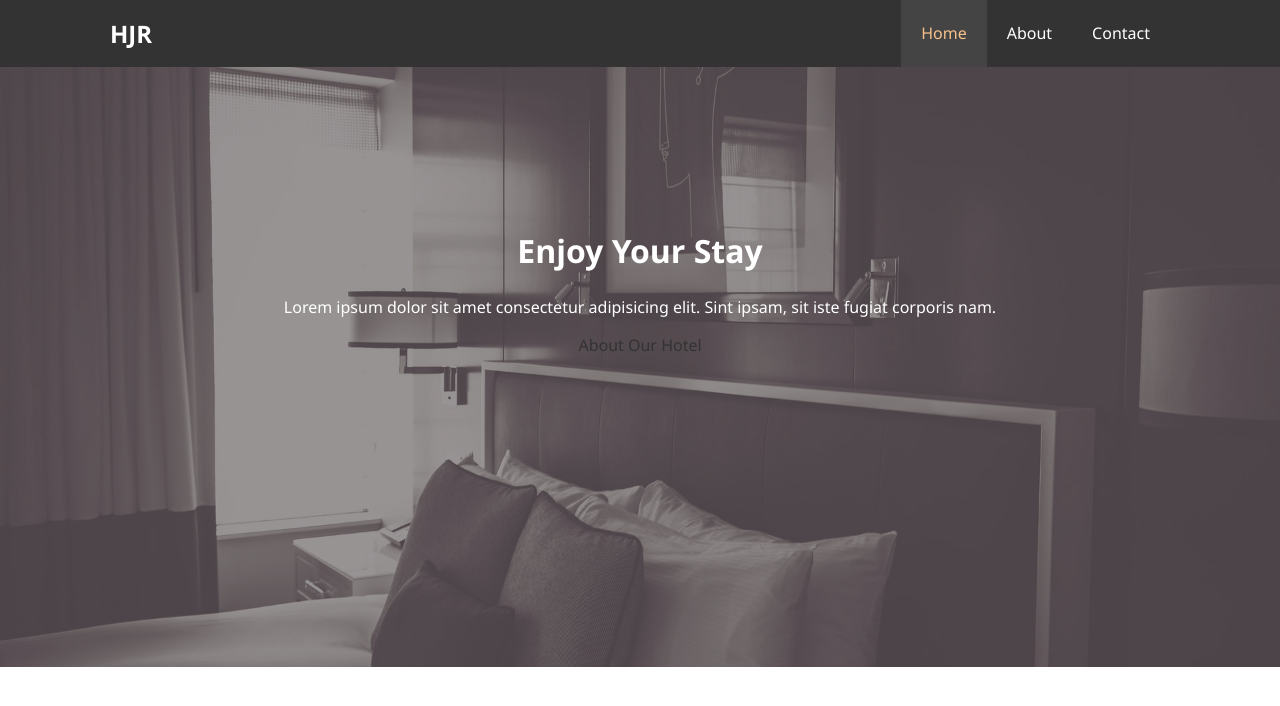
Repository: dimlutine/Hotel-Project
Page: index.html
The author's editor kept a copy of each file at every save. The page is drawn from the files as they stood at one save, then again after the next save.
The browser window is 1280 px wide. The pictures show the whole page.

Above is the page before, as saved 2019-07-05 21:51:35.

### index.html
<!DOCTYPE html>
<html lang="en">

<head>
    <meta charset="UTF-8">
    <meta name="viewport" content="width=device-width, initial-scale=1.0">
    <meta http-equiv="X-UA-Compatible" content="ie=edge">
    <meta name="description" content="Welcome to the neatest hotel in Durham, North Carolina!">
    <meta name="keywords" content="hotel,durham hotel, north carolina hotel, rdu hotel">
    <link rel="stylesheet" href="css/style.css">
    <title>Hotel JR | Durham Hotel</title>
</head>

<body>
    <header>
        <nav id="navbar">
            <div class="container">
                <h1 class="logo"><a href="index.html">HJR</a></h1>
                <ul>
                    <li><a class="current" href="index.html">Home</a></li>
                    <li><a href="about.html">About</a></li>
                    <li><a href="contact.html">Contact</a></li>
                </ul>
            </div>

        </nav>
        <div id="showcase">
            <div class="container">
                <div class="showcase-content">
                    <h1>
                        <span class="text-primary">Enjoy</span> Your Stay
                    </h1>
                    <p class="lead">Lorem ipsum dolor sit amet consectetur adipisicing elit. Sint ipsam, sit iste fugiat corporis nam.</p>
                    <a class="btn" href="about.html">About Our Hotel</a>
                </div>
            </div>
        </div>
    </header>
</body>

</html>

### css/style.css
* {
    padding: 0;
    margin: 0;
    box-sizing: border-box;
}

html,
body {
    font-family: 'Segoe UI', 'Segoe UI', Tahoma, Geneva, Verdana, sans-serif;
    line-height: 1.7em;
}

a {
    color: #333;
    text-decoration: none;
}

h1,
h2,
h3 {
    padding-bottom: 20px;
}

p {
    margin: 10px 0;
}

.container {
    margin: auto;
    max-width: 1100px;
    overflow: auto;
    padding: 0 20px;
}

#navbar {
    background: #333;
    color: #fff;
    overflow: auto;
}

#navbar a {
    color: #fff;
}

#navbar h1 {
    float: left;
    padding-top: 20px;
}

#navbar ul {
    float: right;
    list-style: none;
}

#navbar ul li {
    float: left;
}

#navbar ul li a {
    display: block;
    padding: 20px;
    text-align: center;
}

#navbar ul li a:hover,
#navbar ul li a.current {
    background: #444;
    color: #f7c08a;
}


/* Showcase */

#showcase {
    background: url('../img/showcase.jpg') no-repeat center center/cover;
    height: 600px;
}

#showcase .showcase-content {
    color: #fff;
    text-align: center;
    padding-top: 170px;
}

After the next save:
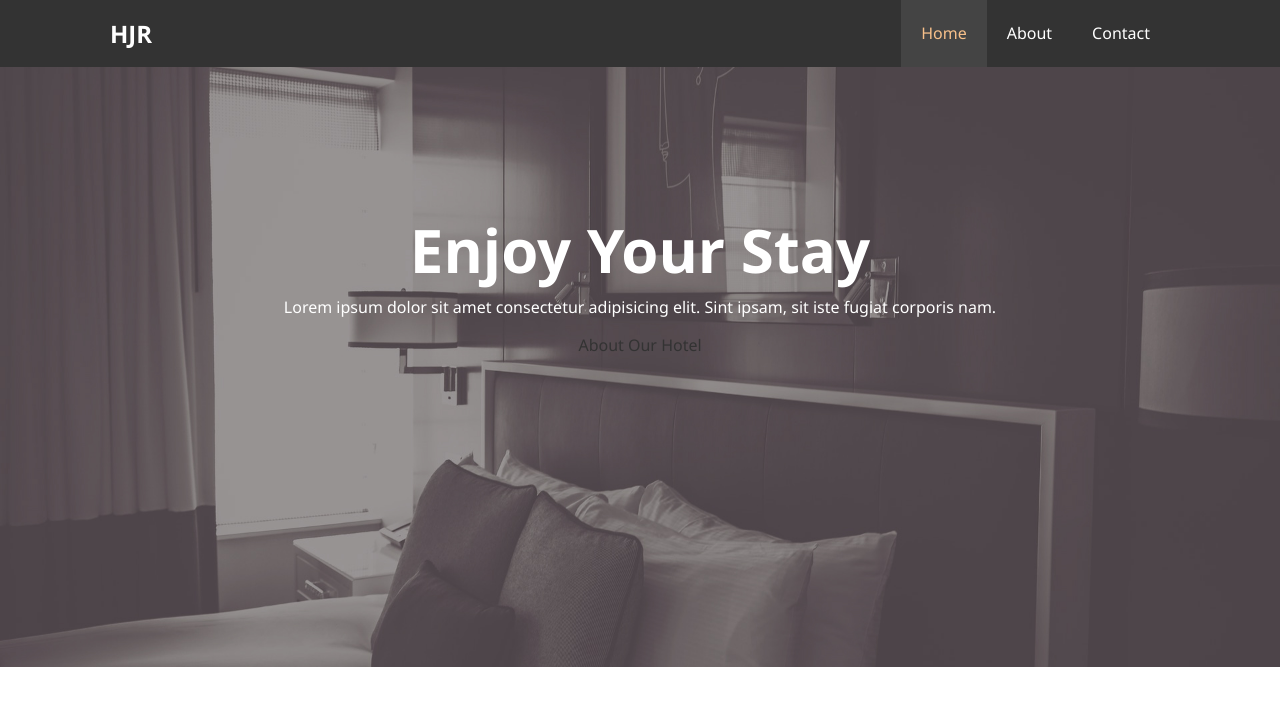
Saved 24 s later.
--- a/css/style.css
+++ b/css/style.css
@@ -81,3 +81,7 @@ p {
     text-align: center;
     padding-top: 170px;
 }
+
+#showcase .showcase-content h1 {
+    font-size: 60px;
+}
